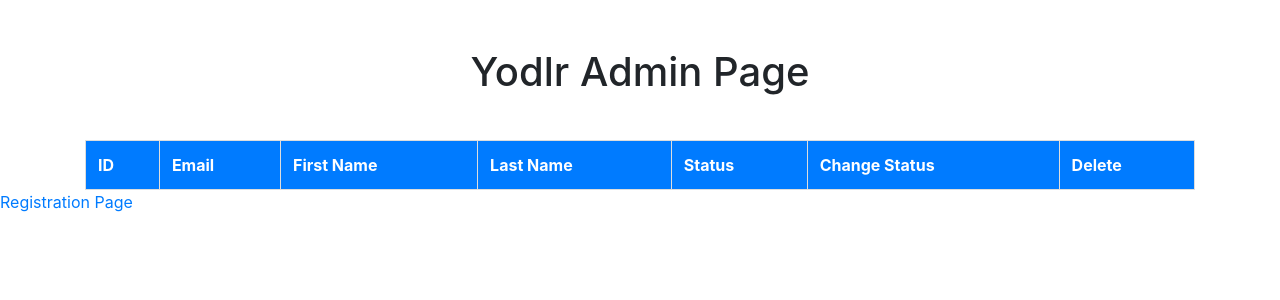
Repository: rmdayberry/yodlr-take-home
Page: public/admin.html
An editor plug-in stored every save of this project. The page is shown before and after the next save, followed by the edit.
The browser window is 1280 px wide. The pictures show the whole page.
The page's requests for data from a server got no answer.

Above is the page before, as saved 2024-10-09 08:21:00.
Console error: TypeError: Cannot read properties of undefined (reading 'message')

After the next save:
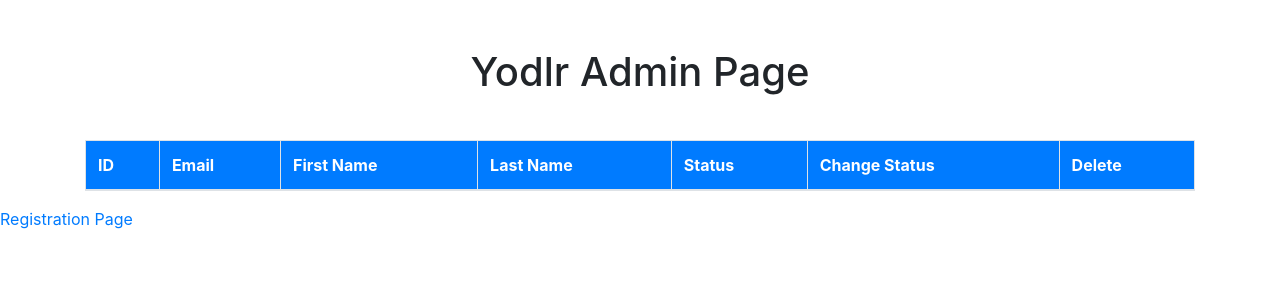
Saved 55 s later.
--- a/public/admin.html
+++ b/public/admin.html
@@ -105,7 +105,7 @@
     <div class="container mt-5">
       <h1 class="text-center mb-4">Yodlr Admin Page</h1>
       <div class= "table-responsive"></div>
-      <table id="userTable">
+      <table class= "table table-striped table-bordered tableid="userTable">
         <thead>
           <tr>
             <th>ID</th>
